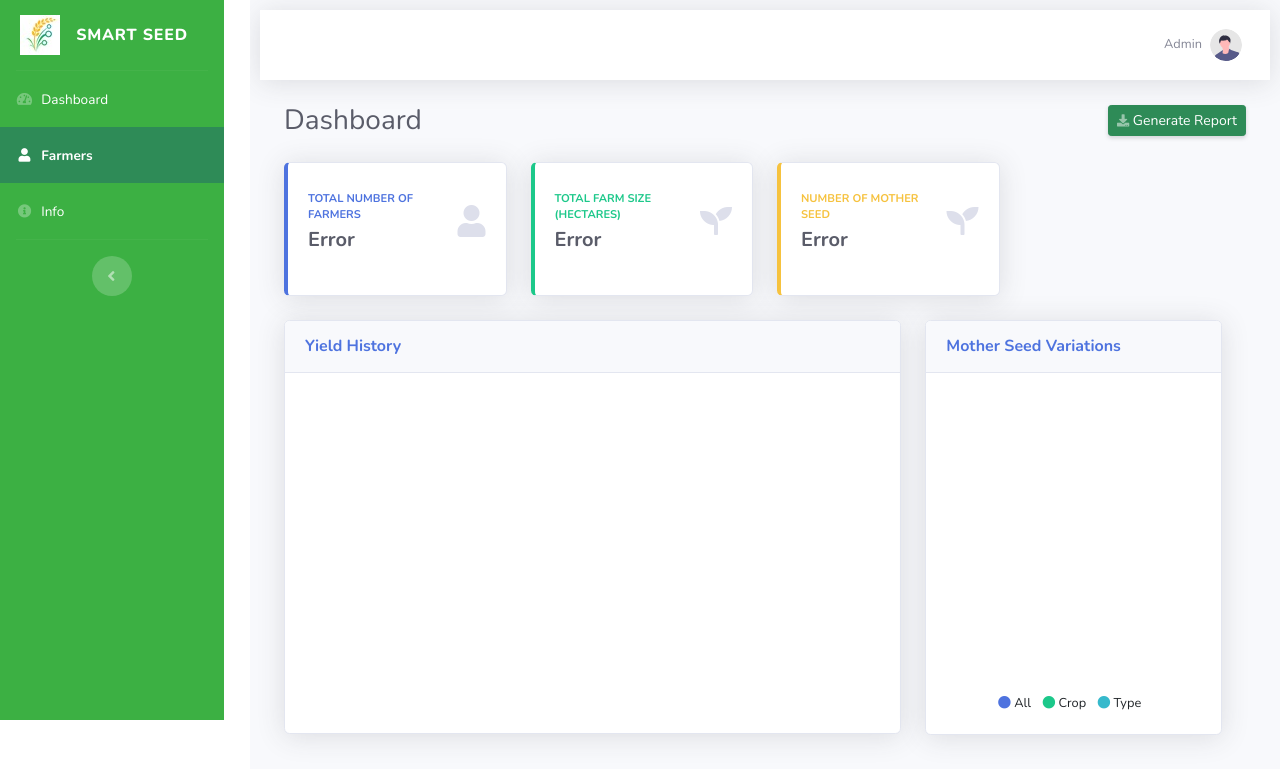
Repository: IFoundGeorge/Smart-Seed-v8-master
Page: src/index.html
An editor plug-in stored every save of this project. The page is shown before and after the next save, followed by the edit.
The browser window is 1280 px wide. The pictures show the whole page.
The page's requests for data from a server got no answer. Some web libraries are served in a nearby version.

Above is the page before, as saved 2025-03-25 22:47:05.

After the next save:
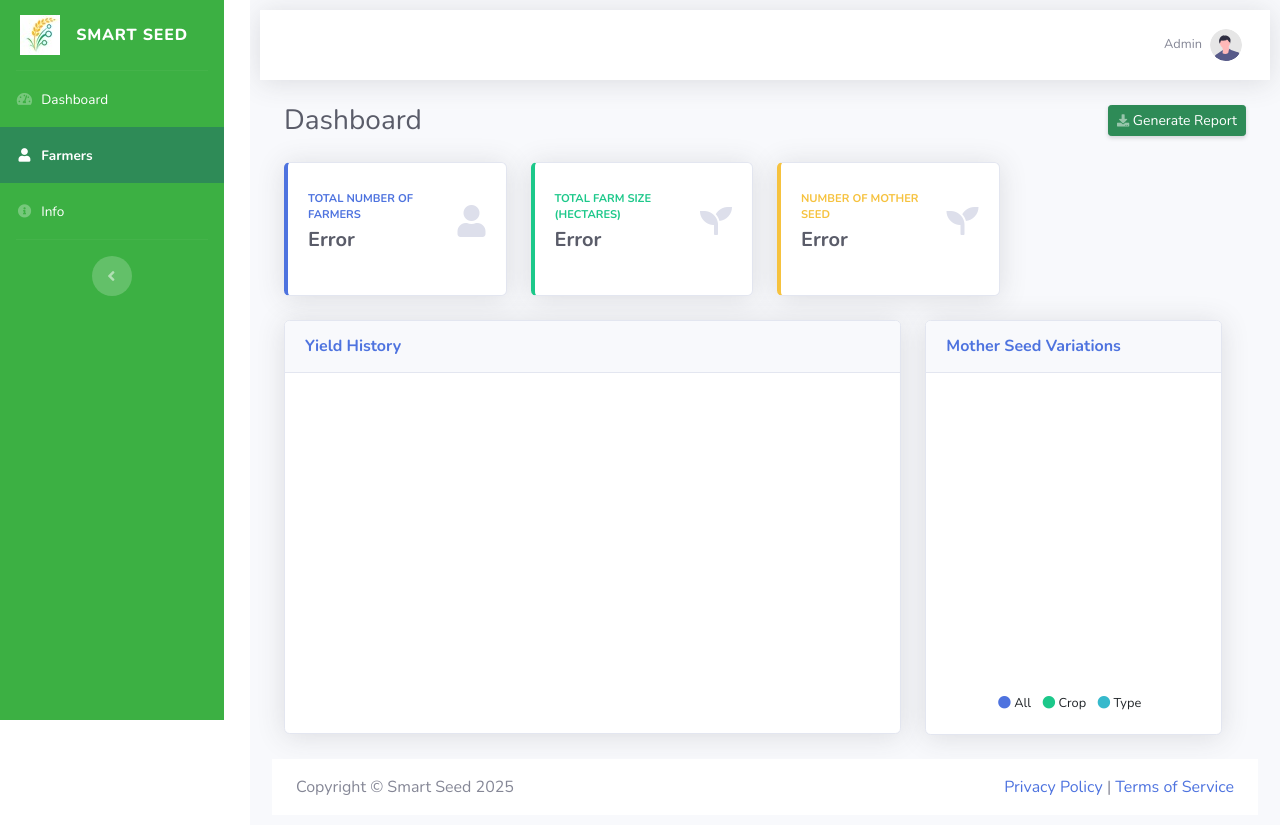
Saved 12 min 41 s later.
--- a/src/index.html
+++ b/src/index.html
@@ -517,6 +517,22 @@
             </div>
             <!-- End of Main Content -->
 
+            <!-- Footer -->
+            <footer class="sticky-footer bg-white">
+                <div class="container my-auto">
+                    <div class="row">
+                        <div class="col-md-6 text-center text-md-left">
+                            <span>Copyright &copy; Smart Seed 2025</span>
+                        </div>
+                        <div class="col-md-6 text-center text-md-right">
+                            <a href="privacy-policy.html" class="text-primary">Privacy Policy</a> |
+                            <a href="terms-of-service.html" class="text-primary">Terms of Service</a>
+                        </div>
+                    </div>
+                </div>
+            </footer>
+            <!-- End of Footer -->
+
 
     <!-- End of Page Wrapper -->
 
